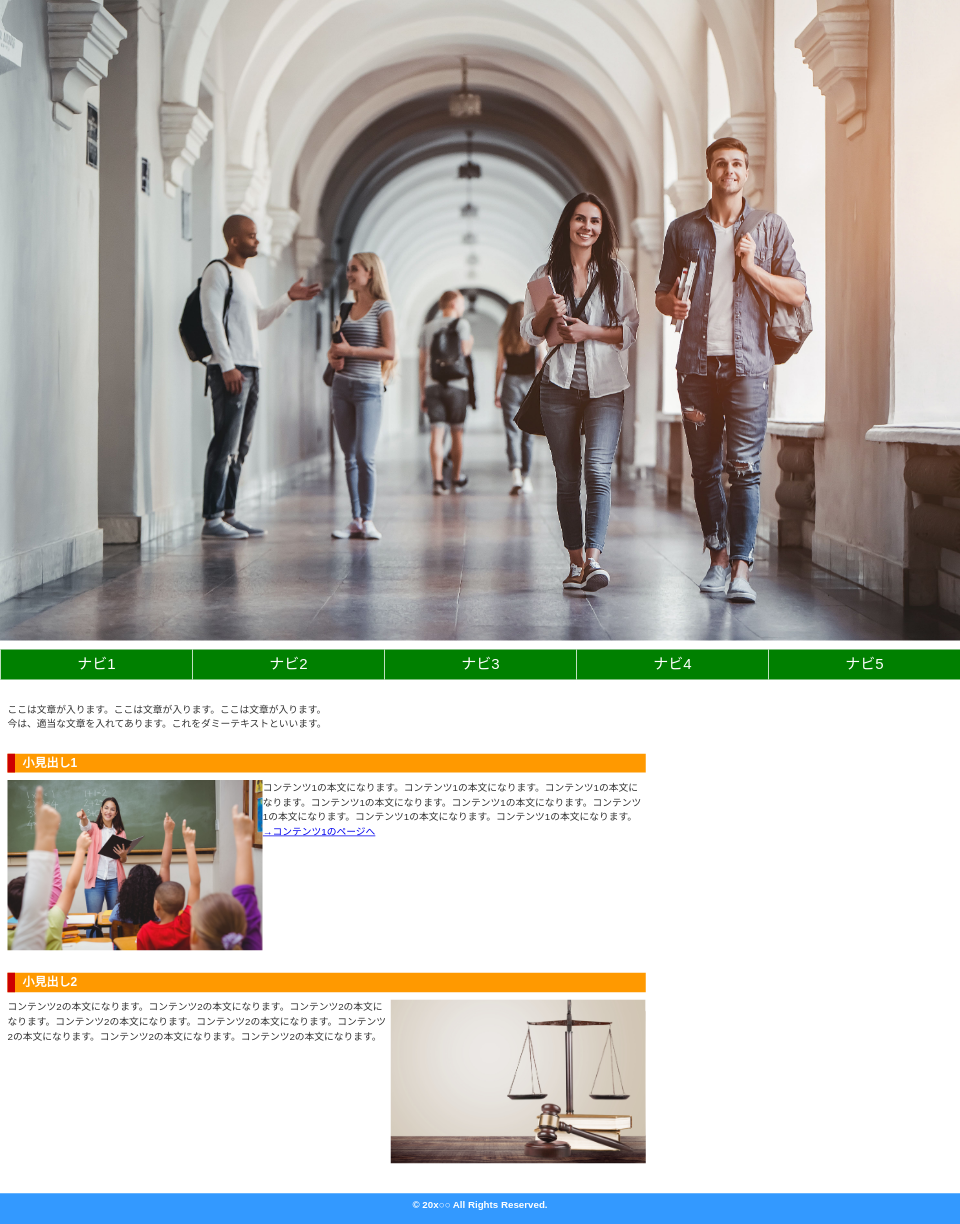
Repository: gorotakeda/samurai_HTML-CSS
Page: home.html
The author's editor kept a record of every edit. The page is drawn from the files as they stood at one moment, then again after the next edit.
The browser window is 1280 px wide. The pictures show the whole page, at 75% of full size.

Above is the page before.

### home.html
<!DOCTYPE html>
<html lang="ja">
<head>
    <meta charset="UTF-8">
    <title>HTML/CSSの学習</title>
    <link rel="stylesheet" href="stylesheet.css">
</head>
<body>
    <div id="header">
        <h1><a href="index.html"><img id="corridor" src="images/corridor.jpg" alt="大学の廊下"></a></h1>
    </div>
    <div id="wrapper">
        <div id="nav">
            <ul>
                <li><a href="home.html">ナビ1</a></li>
                <li><a href="#">ナビ2</a></li>
                <li><a href="#">ナビ3</a></li>
                <li><a href="#">ナビ4</a></li>
                <li><a href="#">ナビ5</a></li>
            </ul>
        </div>
        <div id="container">
            <div id="main">
                <div class="post">
                    <p>ここは文章が入ります。ここは文章が入ります。ここは文章が入ります。<br />今は、適当な文章を入れてあります。これをダミーテキストといいます。</p>
                </div>
                <div class="post clearfix">
                    <h2>小見出し1</h2>
                    <img class="left" src="images/classroom.jpg" alt="授業風景">
                    <p>コンテンツ1の本文になります。コンテンツ1の本文になります。コンテンツ1の本文になります。コンテンツ1の本文になります。コンテンツ1の本文になります。コンテンツ1の本文になります。コンテンツ1の本文になります。コンテンツ1の本文になります。</p>
                    <p><a href="#">→コンテンツ1のページへ</a></p>
                </div>
                <div class="post clearfix">
                    <h2>小見出し2</h2>
                    <img class="right" src="images/scale.jpg" alt="天秤">
                    <p>
                        コンテンツ2の本文になります。コンテンツ2の本文になります。コンテンツ2の本文になります。コンテンツ2の本文になります。コンテンツ2の本文になります。コンテンツ2の本文になります。コンテンツ2の本文になります。コンテンツ2の本文になります。
                    </p>
                </div>
            </div>
        </div>
    </div>
    <div id="footer">
        <p>&copy; 20x○○ All Rights Reserved.</p>
    </div>
</body>
</html>

### stylesheet.css
@charset "utf-8";

body {
	margin: 0;
	padding: 0;
	font-family: "ヒラギノ角ゴ Pro W3", "Hiragino Kaku Gothic Pro", "メイリオ", Meiryo, Osaka, "ＭＳ Ｐゴシック", "MS PGothic", sans-serif;
	color: #333;
	font-size: 13px;
	line-height: 150%;
}

/* -------------------- wrapper -------------------- */
#wrapper {
	width: 100%;
	margin: auto;
	padding: 0px;
	border: 0px;
	background-color: #FFF;
	top: 10px;
	position: relative;
}

#header {
	width: 100%;
}
#header h1 {
	margin: 0;
	padding: 0;
}
#corridor {
	width: 100%;
	height: auto;
}

#footer {
	clear: both;
	width: 100%;
	padding: 3px 0;
	background: #39F;
	color: #FFF;
	font-weight: bold;
	text-align: center;
}

#nav {
	width: 100%;
}

#nav ul {
	display: flex;
	margin: 0;
	padding: 0;
	list-style-type: none;
}

#nav ul li {
	width: 20%;
	text-align: center;
}

#nav ul li a {
	display: block;
	height: 20px;
	margin: 0;
	padding: 10px;
	color: #FFF;
	font-size: 20px;
	text-decoration: none;
	background-color: green;
    border-left: 1px solid white;
}

#nav ul li a:hover {
	filter: drop-shadow(10px 10px 10px black);
}

#container {
	width: 100%;
	margin: auto ;
	padding-top: 20px;
	clear: both;
	display: grid;
	grid-template-columns: 70vw 30vw;
}

#main {
	width: 95%;
	padding: 10px 30px 10px 10px;
}

#main h2 {
	margin-bottom: 10px;
	padding: 3px 10px;
	color: #FFF;
	font-size: 16px;
	border-left: solid 10px #C00;
	background-color: #F90;
}

#main p {
	margin: 0;
	padding: 0;
}

#main .post {
	margin-bottom: 30px;
}
#margin .post img .left {
	margin-right: 8px;
}

#margin .post img.left {
	margin-left: 8px;
}

.right {
	float: right;
	width: 40%;
	height: auto;
}
.left {
	float: left;
	width: 40%;
	height: auto;
}

.clearfix {
	zoom: 1;
}

.clearfix:after{
	content:  "";
	display: block;
	clear: both;
}


#side {
	width: 85%;
	padding: 20px;
	background-color: #F99;
}

#side .box {
	margin: 0 auto 30px auto;
	padding-bottom: 20px;
	background: url(images/side_box.png) bottom no-repeat;
}

#side .box h2 {
	margin: 0;
	padding: 8px;
	text-align: center;
	color: #fff;
	font-size: 16px;
	line-height: 16px;
	font-weight: normal;
	background: url(images/side_box_h2.png) center no-repeat;
}

#side .box .boxBody {
	padding: 8px;
	border-right: solid 1px #C36;
	border-bottom: solid 1px #C36;
	border-left: solid 1px #C36;
	background: #fff;
}

#side .box .boxBody ul {
	margin-bottom: 16px;
	padding: 0;
}

#side .box .boxBody ul li {
	padding: 8px 0 8px 4px;
	list-style: none;
	border-bottom: solid 1px #C36;
}

#side .box .boxBody ul li:hover {
	padding: 8px 0 8px 4px;
	list-style: none;
	border-bottom: solid 1px #C36;
	box-shadow: 0px 4px 4px rgba(0, 0, 0, 0.3);
}

After the next edit:
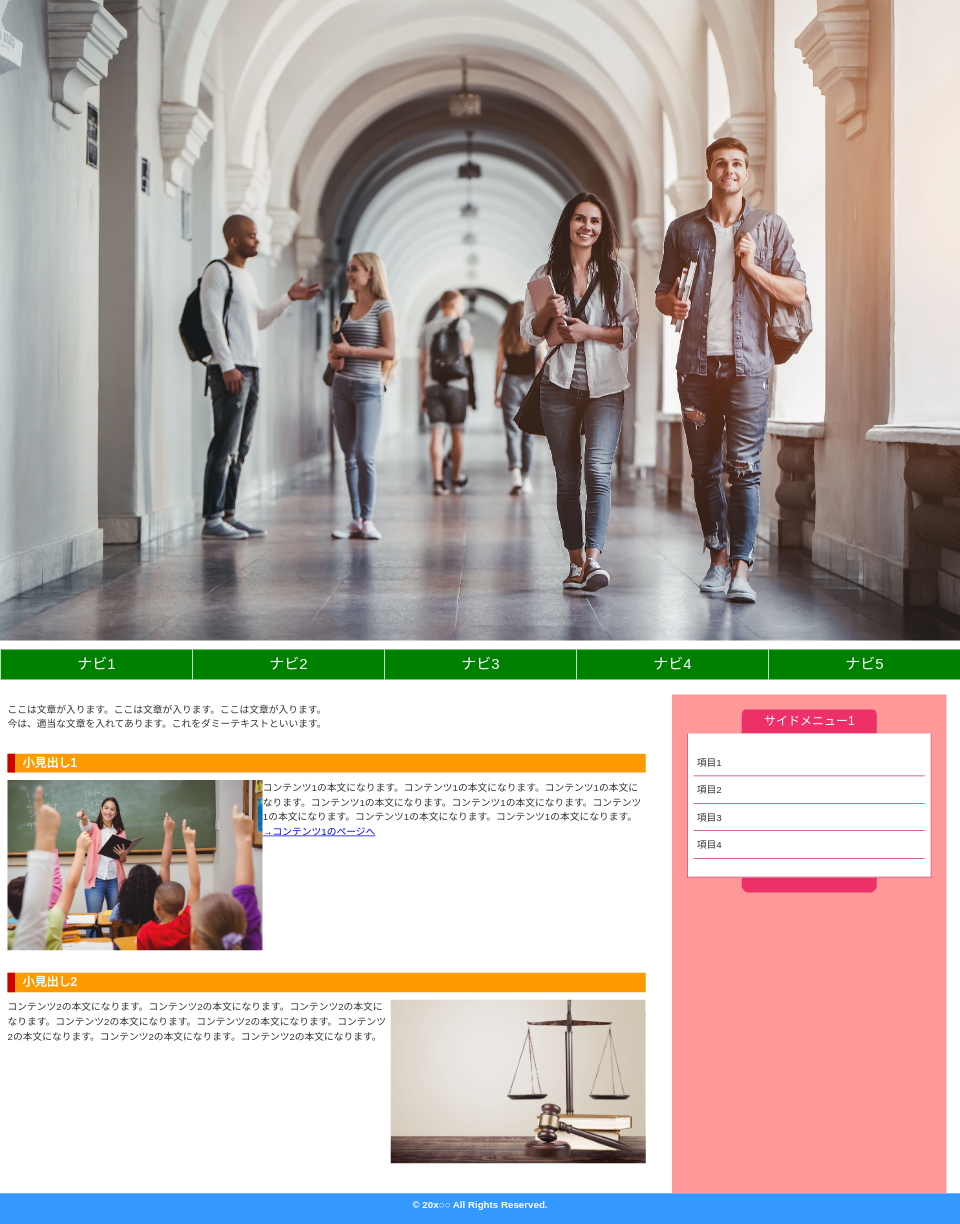
The edit:
--- a/home.html
+++ b/home.html
@@ -38,6 +38,19 @@
                     </p>
                 </div>
             </div>
+            <div id="side">
+                <div class="box">
+                    <h2>サイドメニュー1</h2>
+                    <div class="boxBody">
+                        <ul>
+                            <li>項目1</li>
+                            <li>項目2</li>
+                            <li>項目3</li>
+                            <li>項目4</li>
+                        </ul>
+                    </div>
+                </div>
+            </div>
         </div>
     </div>
     <div id="footer">
